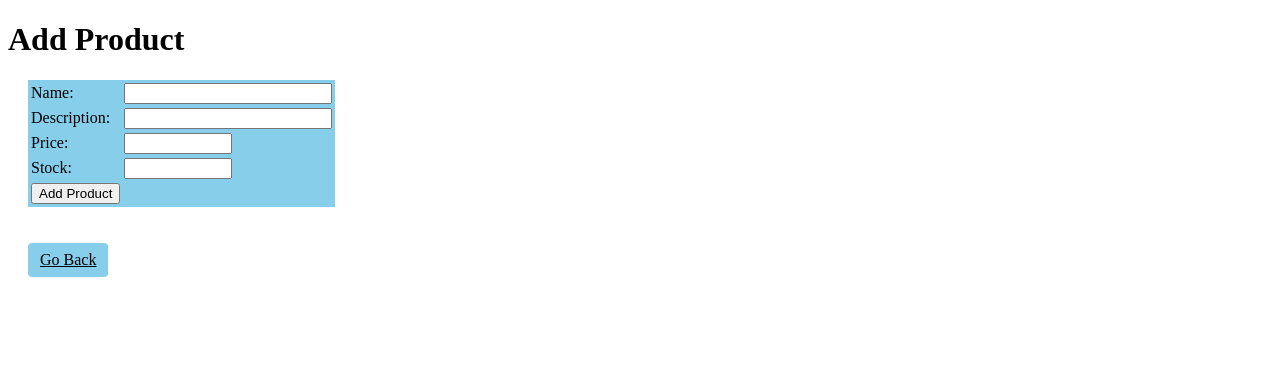
Repository: ieuqirne/Software_Architecture
Page: http://localhost/DE_Store/AddProduct.jsp
An editor plug-in stored every save of this project. The page is shown before and after the next save, followed by the edit.
The browser window is 1280 px wide. The pictures show the whole page.
The page is served by Tomcat 9. Other server files are loaded and not shown.

Above is the page before, as saved 2019-11-25 19:27:09.

### DE_Store/WebContent/AddProduct.jsp

<!DOCTYPE html>
<html>
<head>
<link href="StyleSheet.css" rel="stylesheet">
<meta charset="ISO-8859-1">
<title>Add Customer</title>
</head>
<body>
	<h1>Add Product</h1>
	<form action=ManagerAddProduct.jsp method="post">
		<table class="table">
			<tr>
				<td>Name:</td>
				<td><input type="text" name="name" style="width: 200px"></td>
			</tr>
			<tr>
				<td>Description:</td>
				<td><input type="text" name="description" style="width: 200px"></td>
			</tr>
			<tr>
				<td>Price:</td>
				<td><input type="text" name="price" style="width: 100px"></td>
			</tr>
			<tr>
				<td>Stock:</td>
				<td><input type="text" name="stock" style="width: 100px"></td>
			</tr>
			<tr>
				<td><input type="submit" value="Add Product"></td>
			</tr>
		</table>
	</form>
	<div style="margin-left:20px;" class="buttons-container" >
		<br> <br>
		<a class="button" href="/DE_Store/welcome.jsp">Go Back</a>
	</div>
	<!--  Complete Interface addCustomer. -->
</body>
</html>

### DE_Store/WebContent/StyleSheet.css
.button {
  display: inline-block;
    padding: 8px 12px;
    cursor: pointer;
    border-radius: 4px;
    background-color: skyblue;
    font-size: 16px;
    color: black;
}

.table{
	background-color: skyblue;
	margin-left: 20px;
	margin-left: 20px;
	border=1
}

After the next save:
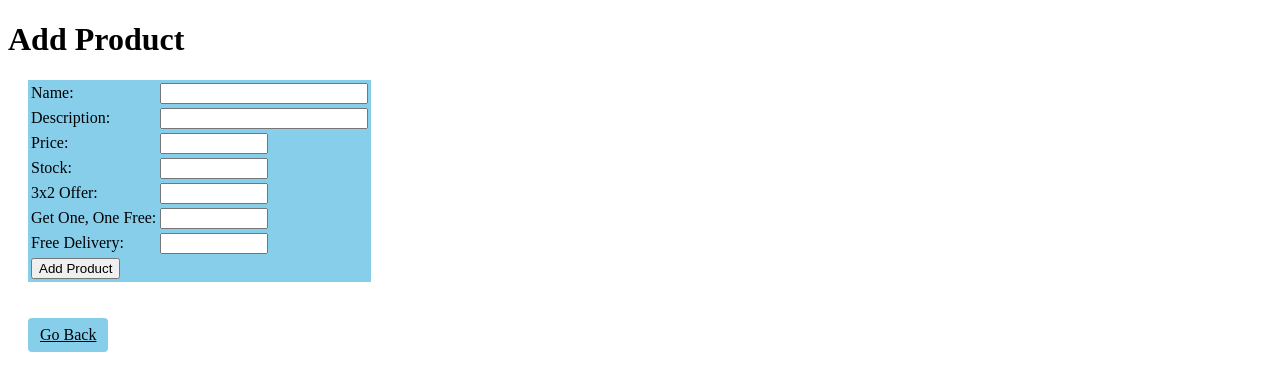
Saved 2 min 17 s later.
--- a/DE_Store/WebContent/AddProduct.jsp
+++ b/DE_Store/WebContent/AddProduct.jsp
@@ -11,21 +11,33 @@
 	<form action=ManagerAddProduct.jsp method="post">
 		<table class="table">
 			<tr>
-				<td>Name:</td>
+				<td>Name: </td>
 				<td><input type="text" name="name" style="width: 200px"></td>
 			</tr>
 			<tr>
-				<td>Description:</td>
+				<td>Description: </td>
 				<td><input type="text" name="description" style="width: 200px"></td>
 			</tr>
 			<tr>
-				<td>Price:</td>
+				<td>Price: </td>
 				<td><input type="text" name="price" style="width: 100px"></td>
 			</tr>
 			<tr>
-				<td>Stock:</td>
+				<td>Stock: </td>
 				<td><input type="text" name="stock" style="width: 100px"></td>
 			</tr>
+			<tr>
+				<td>3x2 Offer: </td>
+				<td><input type="text" name="stock" style="width: 100px"></td>
+			</tr>
+			<tr>
+				<td>Get One, One Free:</td>
+				<td><input type="text" name="stock" style="width: 100px"></td>
+			</tr>
+			<tr>
+				<td>Free Delivery:</td>
+				<td><input type="text" name="stock" style="width: 100px"></td>
+
 			<tr>
 				<td><input type="submit" value="Add Product"></td>
 			</tr>
